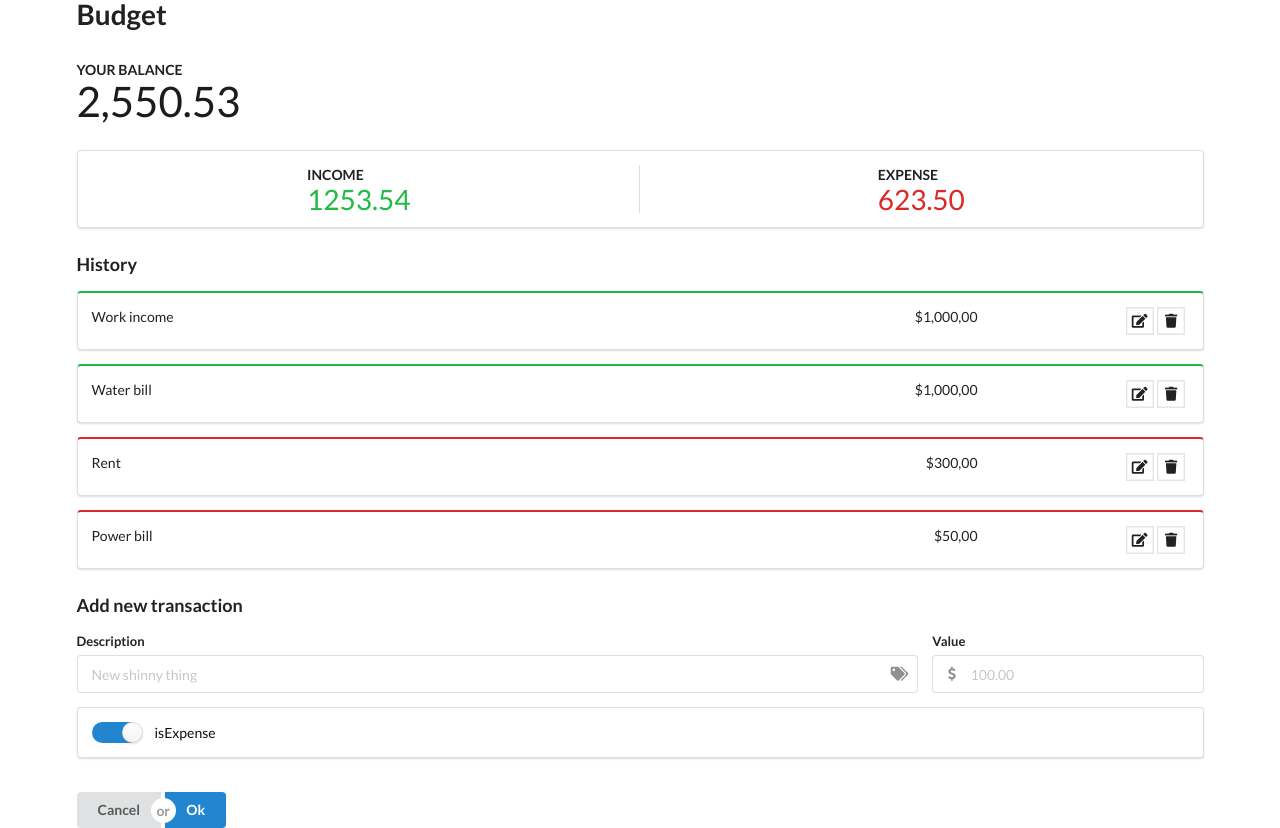
Repository: khuetn/budget-react
Page: /
An editor plug-in stored every save of this project. The page is shown before and after the next save, followed by the edit.
The browser window is 1280 px wide. The pictures show the whole page.
The project was rebuilt for these pictures with package versions that can differ from the ones it lists, and the page was loaded fresh each time. Also part of the build but not shown: src/App.css.

Above is the page before, as saved 2021-07-25 20:57:00.

### src/App.js
import { useEffect, useState } from "react";
import { Container } from "semantic-ui-react";
import "./App.css";
import DisplayBalance from "./components/DisplayBalance";
import DisplayBalances from "./components/DisplayBalances";
import EntryLine from "./components/EntryLine";
import EntryLines from "./components/EntryLines";
import MainHeader from "./components/MainHeader";
import ModalEdit from "./components/ModalEdit";
import NewEntryForm from "./components/NewEntryForm";

function App() {
  const [entries, setEntries] = useState(initialEntries);

  const [description, setDescription] = useState("");
  const [value, setValue] = useState("");
  const [isExpense, setIsExpense] = useState(true);

  const [isOpen, setIsOpen] = useState(false);

  const [entryId, setEntryId] = useState();

  useEffect(() => {
    if (!isOpen && entryId) {
      const index = entries.findIndex((entry) => entry.id === entryId);
      const newEntries = [...entries];
      newEntries[index].description = description;
      newEntries[index].value = value;
      newEntries[index].isExpense = isExpense;
      setEntries(newEntries);
      resetEntry();
    }
  }, [isOpen]);
  function deleteEntry(id) {
    const result = entries.filter((entry) => entry.id !== id);
    setEntries(result);
  }

  useEffect(() => {
    let totalIncomes = 0;
    let totalExpenses = 0;
    entries.map((entry) => {
      if (isExpense) {
        return (totalExpenses += entry.value);
      }
      return (totalIncomes += entry.value);
    });
    console.log(
      `total Income are ${totalIncomes} and total Expenses are ${totalExpenses}`
    );
  }, entries);

  function editEntry(id) {
    console.log(`edit entry with id ${id}`);
    if (id) {
      const index = entries.findIndex((entry) => entry.id === id);
      const entry = entries[index];
      setEntryId(id);
      setDescription(entry.description);
      setValue(entry.value);
      setIsExpense(entry.isExpense);
      setIsOpen(true);
    }
  }

  function addEntry() {
    const result = entries.concat({
      id: entries.length + 1,
      description,
      value,
      isExpense,
    });
    console.log("result", result);
    console.log("entries", entries);
    setEntries(result);
  }

  function resetEntry() {
    setDescription("");
    setValue("");
    setIsExpense(true);
  }
  return (
    <Container>
      <MainHeader title="Budget" />

      <DisplayBalance title="Your Balance" value="2,550.53" size="small" />
      <DisplayBalances />

      <MainHeader title="History" type="h3" />
      <EntryLines
        entries={entries}
        deleteEntry={deleteEntry}
        editEntry={editEntry}
      />

      <MainHeader title="Add new transaction" type="h3" />
      <NewEntryForm
        addEntry={addEntry}
        description={description}
        value={value}
        isExpense={isExpense}
        setDescription={setDescription}
        setValue={setValue}
        setIsExpense={setIsExpense}
      />
      <ModalEdit
        isOpen={isOpen}
        setIsOpen={setIsOpen}
        addEntry={addEntry}
        description={description}
        value={value}
        isExpense={isExpense}
        setDescription={setDescription}
        setValue={setValue}
        setIsExpense={setIsExpense}
      />
    </Container>
  );
}

export default App;

var initialEntries = [
  {
    id: 1,
    description: "Work income",
    value: "$1,000,00",
    isExpense: false,
  },
  {
    id: 2,
    description: "Water bill",
    value: "$1,000,00",
    isExpense: false,
  },

  {
    id: 3,
    description: "Rent",
    value: "$300,00",
    isExpense: true,
  },
  {
    id: 4,
    description: "Power bill",
    value: "$50,00",
    isExpense: true,
  },
];

### src/components/DisplayBalance.js
import React from "react";
import { Statistic } from "semantic-ui-react";

function DisplayBalance({ title, value, color = "black", size = "tiny" }) {
  return (
    <Statistic size={size} color={color}>
      <Statistic.Label style={{ textAlign: "left" }}>{title}</Statistic.Label>
      <Statistic.Value>{value}</Statistic.Value>
    </Statistic>
  );
}

export default DisplayBalance;

### src/components/DisplayBalances.js
import React from "react";
import { Grid, Segment } from "semantic-ui-react";
import DisplayBalance from "./DisplayBalance";

function DisplayBalances() {
  return (
    <Segment textAlign="center">
      <Grid columns={2} divided>
        <Grid.Row>
          <Grid.Column>
            <DisplayBalance title="income" value="1253.54" color="green" />
          </Grid.Column>
          <Grid.Column>
            <DisplayBalance title="expense" value="623.50" color="red" />
          </Grid.Column>
        </Grid.Row>
      </Grid>
    </Segment>
  );
}

export default DisplayBalances;

### src/components/EntryLine.js
import React, { Fragment, useState } from "react";
import { Grid, Icon, Segment } from "semantic-ui-react";
import ModalEdit from "./ModalEdit";

function EntryLine({
  id,
  description,
  value,
  isExpense = false,
  deleteEntry,
  editEntry,
}) {
  return (
    <Fragment>
      <Segment color={isExpense ? "red" : "green"}>
        <Grid columns={3} textAlign="right">
          <Grid.Row>
            <Grid.Column width={10} textAlign="left">
              {description}
            </Grid.Column>
            <Grid.Column width={3} textAlign="right">
              {value}
            </Grid.Column>
            <Grid.Column width={3}>
              <Icon name="edit" bordered onClick={() => editEntry(id)} />
              <Icon name="trash" bordered onClick={() => deleteEntry(id)} />
            </Grid.Column>
          </Grid.Row>
        </Grid>
      </Segment>
    </Fragment>
  );
}

export default EntryLine;

### src/components/EntryLines.js
import React from "react";
import { Container } from "semantic-ui-react";
import EntryLine from "./EntryLine";

function EntryLines({ entries, deleteEntry, editEntry }) {
  return (
    <Container>
      {entries.map((entry) => (
        <EntryLine
          key={entry.id}
          {...entry}
          deleteEntry={deleteEntry}
          editEntry={editEntry}
        />
      ))}
    </Container>
  );
}

export default EntryLines;

### src/components/MainHeader.js
import React from "react";
import { Header } from "semantic-ui-react";

function Mainheader({ title, type = "h1" }) {
  return <Header as={type}>{title}</Header>;
}

export default Mainheader;

### src/components/ModalEdit.js
import React from "react";
import { Button, Modal } from "semantic-ui-react";
import EntryForm from "./EntryForm";

function ModalEdit({
  isOpen,
  setIsOpen,
  description,
  value,
  isExpense,
  setDescription,
  setValue,
  setIsExpense,
}) {
  return (
    <Modal open={isOpen}>
      <Modal.Header>Edit entry</Modal.Header>
      <Modal.Content>
        <EntryForm
          description={description}
          value={value}
          isExpense={isExpense}
          setDescription={setDescription}
          setValue={setValue}
          setIsExpense={setIsExpense}
        />
      </Modal.Content>
      <Modal.Actions>
        <Button onClick={() => setIsOpen(false)}>Close</Button>
        <Button onClick={() => setIsOpen(false)} primary>
          Ok
        </Button>
      </Modal.Actions>
    </Modal>
  );
}

export default ModalEdit;

### src/components/NewEntryForm.js
import React, { useState } from "react";
import { Checkbox, Form, Segment } from "semantic-ui-react";
import ButtonSaveorCancel from "./ButtonSaveorCancel";
import EntryForm from "./EntryForm";
function NewEntryForm({
  addEntry,
  description,
  value,
  isExpense,
  setDescription,
  setValue,
  setIsExpense,
}) {
  return (
    <Form unstackable>
      <EntryForm
        description={description}
        value={value}
        isExpense={isExpense}
        setDescription={setDescription}
        setValue={setValue}
        setIsExpense={setIsExpense}
      />
      <ButtonSaveorCancel addEntry={addEntry} />
    </Form>
  );
}

export default NewEntryForm;

### src/components/EntryForm.js
import React, { Fragment } from "react";
import { Checkbox, Form, Segment } from "semantic-ui-react";

function EntryForm({
  description,
  value,
  isExpense,
  setDescription,
  setValue,
  setIsExpense,
}) {
  return (
    <Fragment>
      <Form.Group>
        <Form.Input
          icon="tags"
          width={12}
          label="Description"
          placeholder="New shinny thing"
          value={description}
          onChange={(event) => setDescription(event.target.value)}
        />
        <Form.Input
          icon="dollar"
          width={4}
          label="Value"
          placeholder="100.00"
          iconPosition="left"
          value={value}
          onChange={(event) => setValue(event.target.value)}
        />
      </Form.Group>
      <Segment>
        <Checkbox
          toggle
          label="isExpense"
          checked={isExpense}
          onChange={() => setIsExpense((oldState) => !oldState)}
        />
      </Segment>
    </Fragment>
  );
}

export default EntryForm;

### src/components/ButtonSaveorCancel.js
import React from "react";
import { Button } from "semantic-ui-react";
function ButtonSaveorCancel({ addEntry }) {
  return (
    <Button.Group style={{ marginTop: 20 }}>
      <Button>Cancel</Button>
      <Button.Or />
      <Button primary onClick={() => addEntry()}>
        Ok
      </Button>
    </Button.Group>
  );
}

export default ButtonSaveorCancel;

Loaded but not shown: public/index.html (common file); src/index.js (common file); src/index.css (common file)

After the next save:
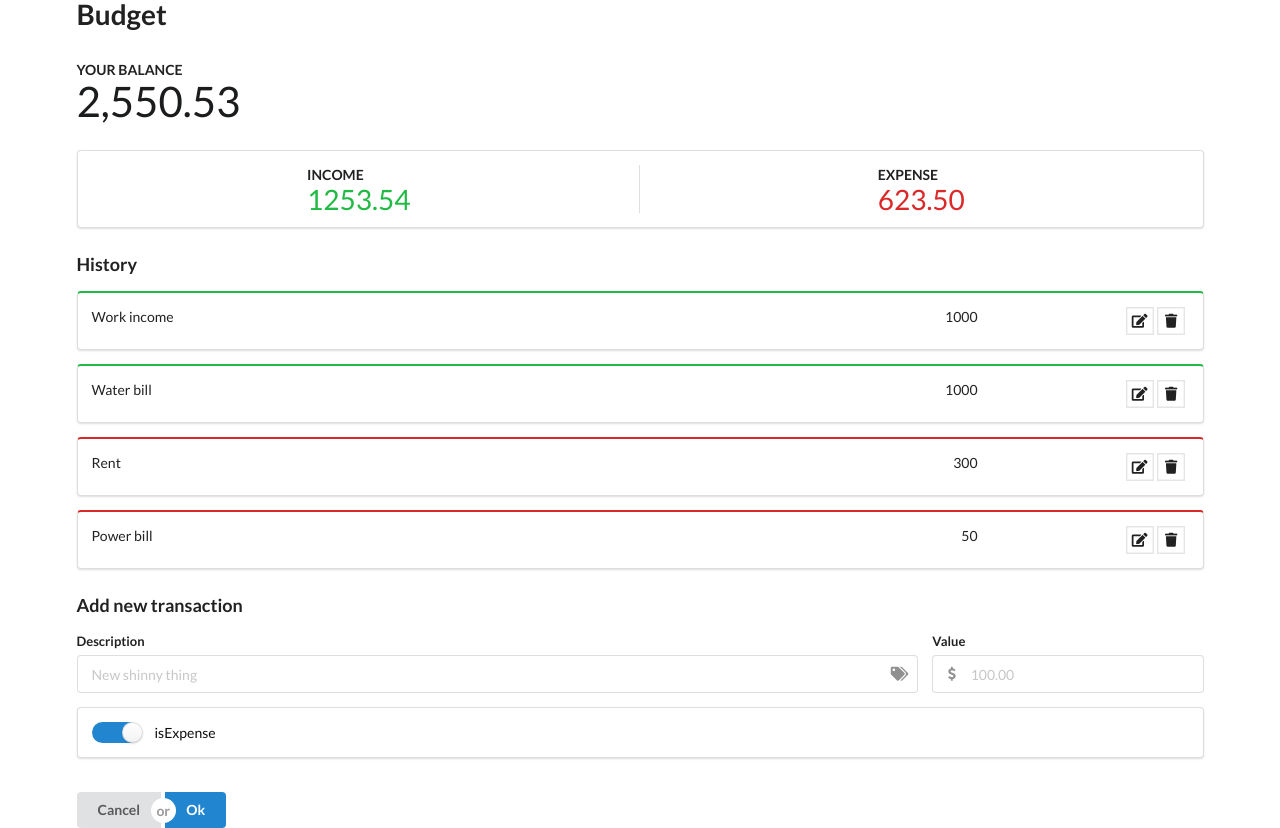
Saved 80 s later.
--- a/src/App.js
+++ b/src/App.js
@@ -125,26 +125,26 @@ var initialEntries = [
   {
     id: 1,
     description: "Work income",
-    value: "$1,000,00",
+    value: 1000,
     isExpense: false,
   },
   {
     id: 2,
     description: "Water bill",
-    value: "$1,000,00",
+    value: 1000,
     isExpense: false,
   },
 
   {
     id: 3,
     description: "Rent",
-    value: "$300,00",
+    value: 300,
     isExpense: true,
   },
   {
     id: 4,
     description: "Power bill",
-    value: "$50,00",
+    value: 50,
     isExpense: true,
   },
 ];
